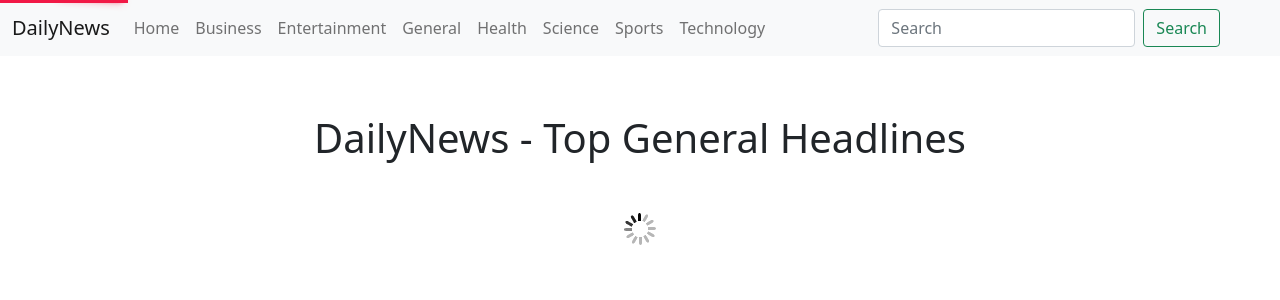
Repository: Bikki084/Daily_News
Page: /
An editor plug-in stored every save of this project. The page is shown before and after a run of saves, followed by the edit.
The browser window is 1280 px wide. The pictures show the whole page.
The page's requests for data from a server got no answer. The project was rebuilt for these pictures with package versions that can differ from the ones it lists, and the page was loaded fresh each time. No one was signed in, and anything a server would have sent is missing. Also part of the build but not shown: src/App.css, src/components/NewsItem.js.

Above is the page before, as saved 2021-12-21 23:42:56.

After the next 2 saves:
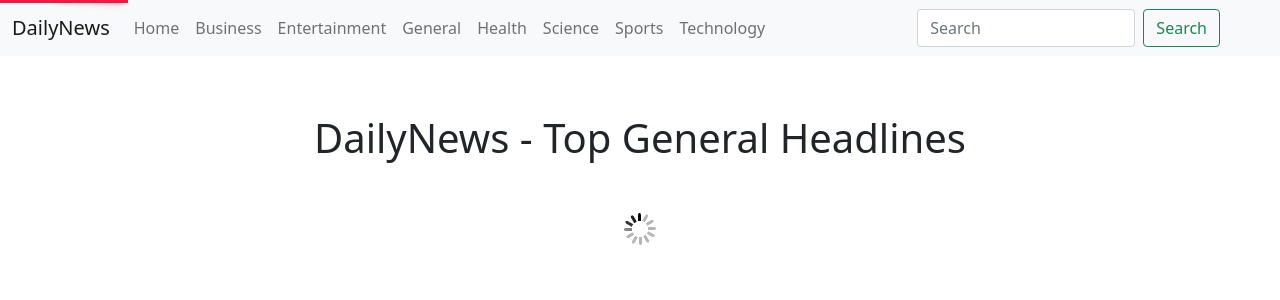
The 2 saves are shown as one change because they came seconds apart.
The last was saved 10 s later.
--- a/src/components/NavBar.js
+++ b/src/components/NavBar.js
@@ -25,7 +25,7 @@
                             <li className="nav-item"><Link className="nav-link" to="/technology">Technology</Link></li>
                         </ul>
                         <form className="d-flex mx-5" method = "get">
-                            <Link className = ""></Link>
+                            <Link className = "d-flex mx-5"> </Link>
                             <input class="form-control me-2" type="search" placeholder="Search" aria-label="Search"/>
                                 <button class="btn btn-outline-success" type="submit">Search</button>
                         </form>

After the 6 saves that followed:
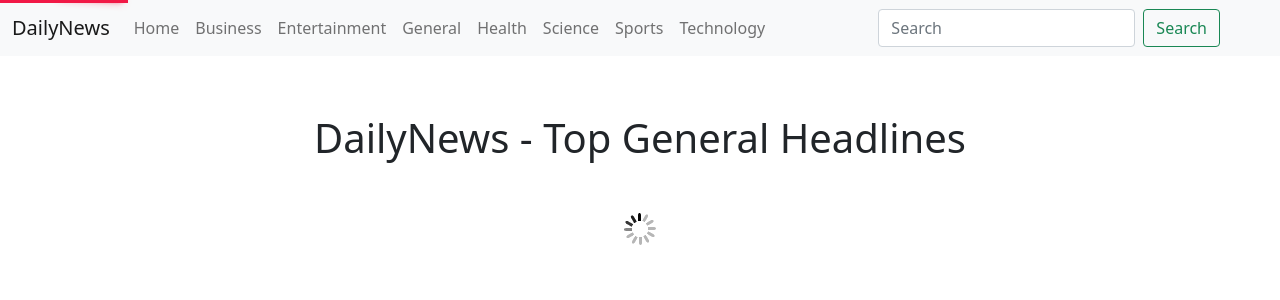
The 6 saves are shown as one change because 2 left the picture as it was and some came seconds apart.
The last was saved 2 min 57 s later.
--- a/src/components/NavBar.js
+++ b/src/components/NavBar.js
@@ -25,7 +25,6 @@
                             <li className="nav-item"><Link className="nav-link" to="/technology">Technology</Link></li>
                         </ul>
                         <form className="d-flex mx-5" method = "get">
-                            <Link className = "d-flex mx-5"> </Link>
                             <input class="form-control me-2" type="search" placeholder="Search" aria-label="Search"/>
                                 <button class="btn btn-outline-success" type="submit">Search</button>
                         </form>
